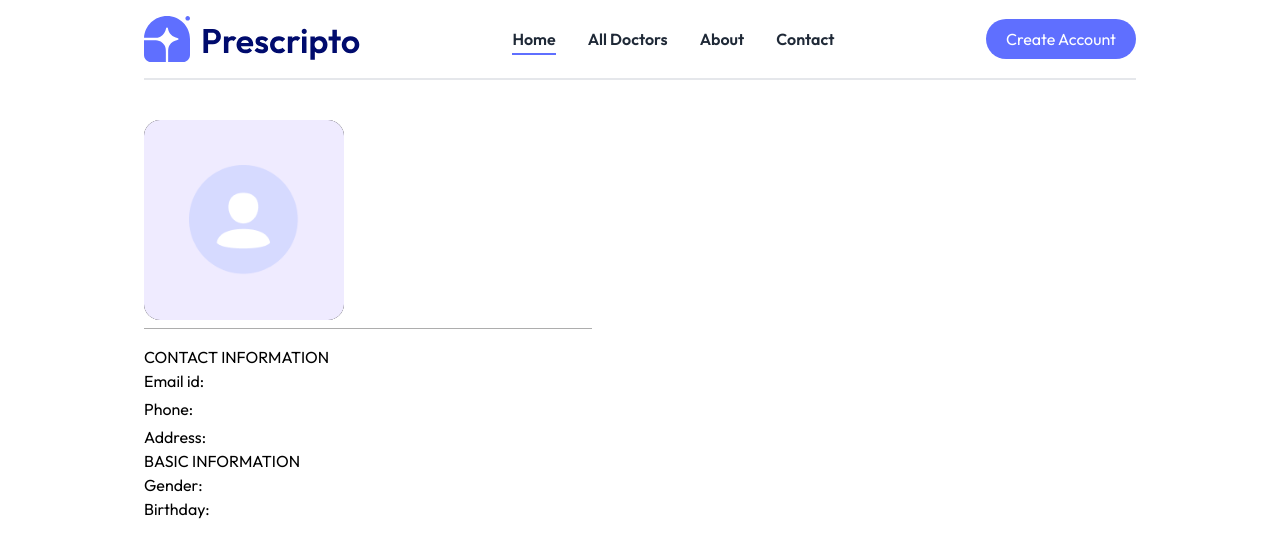
Repository: AzizHamdi99/Prescripto
Page: /profil (app in frontend/)
These files come from the project's save history. The page is drawn as it stood at one moment and after the next save; the edit follows.
The browser window is 1280 px wide. The pictures show the whole page.
The page's requests for data from a server got no answer. The project was rebuilt for these pictures with package versions that can differ from the ones it lists, and the page was loaded fresh each time. No one was signed in, and anything a server would have sent is missing. Also part of the build but not shown: frontend/vite.config.js, frontend/src/components/Hero.jsx, frontend/src/components/Speciality.jsx, frontend/src/components/DoctorCard.jsx, frontend/src/components/TopDoctors.jsx, frontend/src/components/Banner.jsx, frontend/src/components/Footer.jsx, frontend/src/pages/Home.jsx and 7 more.

Above is the page before, as saved 2025-01-15 18:36:08.

### frontend/index.html
<!DOCTYPE html>
<html lang="en">
  <head>
    <meta charset="UTF-8" />
    <link rel="icon" type="image/svg+xml" href="/vite.svg" />
    <meta name="viewport" content="width=device-width, initial-scale=1.0" />
    <title>Prescripto</title>
  </head>
  <body>
    <div id="root"></div>
    <script type="module" src="/src/main.jsx"></script>
  </body>
</html>

### frontend/src/main.jsx
import { StrictMode } from "react";
import { createRoot } from "react-dom/client";
import App from "./App.jsx";
import "./index.css";
import { BrowserRouter } from "react-router-dom";
import AppContextProvider from "./context/AppContext.jsx";

createRoot(document.getElementById("root")).render(

  <BrowserRouter>
  <AppContextProvider>
    <App />
    </AppContextProvider>
  </BrowserRouter>
);

### frontend/src/App.jsx
import React from "react";
import { Route, Routes } from "react-router-dom";
import Home from "./pages/Home";
import About from "./pages/About";
import Doctors from "./pages/Doctors";
import Login from "./pages/Login";
import Contact from "./pages/Contact";
import Profile from "./pages/Profile";
import Appointments from "./pages/Appointments";
import Appointment from "./pages/Appointment";
import Navbar from "./components/Navbar";
import './App.css'
import Footer from "./components/Footer";
import Test from "./pages/Test";
import Testtime from "./pages/Testtime";
function App() {
  return (
    <div className="mx-4">
      <Navbar />
      <Routes>
        <Route path="/" element={<Home />} />
        <Route path="/about" element={<About />} />
        <Route path="/doctors" element={<Doctors />} />
        <Route path="/doctors/:speciality" element={<Doctors />} />
        <Route path="/login" element={<Login />} />
        <Route path="/contact" element={<Contact />} />
        <Route path="/profil" element={<Profile />} />
        <Route path="/appointments" element={<Appointments />} />
        <Route path="/appointment/:id" element={<Appointment />} />
        <Route path="/appointment/:id" element={<Appointment />} />
        <Route path="/test" element={<Test/>}/>
        <Route path="/testt" element={<Testtime/>}/>
      </Routes>


    </div>
  );
}

export default App;

### frontend/src/context/AppContext.jsx
import { createContext, useContext,useState,useEffect } from "react";
//import { doctors } from "../assets/assets_frontend/assets";
import axios from'axios'
export const AppContext=createContext(null)
const AppContextProvider=(props)=>{
    const [select, setselect] = useState("home");
    const [Speciality,SetSpeciality]=useState("All doctors");

    const [show,setShow]=useState(8);
    const [doctors,setdoctors]=useState([])
    const [token,setToken]=useState(false);
    const [login,setlogin]=useState(false);

    useEffect(()=>{
        const fetchData=async()=>{
            try{
                const response= await axios.get('http://localhost:3000/api/doctors/getAllDoctors')
                console.log(response.data)
                setdoctors(response.data);

            }catch(error){
                console.error('eroorr fetching daata',error)
            }


        }
        const loadUser=async()=>{
            if(localStorage.getItem("token")){
                setToken(localStorage.getItem("token"))
            }
        }
        fetchData()
        loadUser()
     },[])
    const value={
        doctors,setdoctors,
        select,setselect,Speciality,SetSpeciality,show,setShow,token,setToken,login,setlogin

    }


    return(
        <AppContext.Provider value={value}>
            {props.children}

        </AppContext.Provider>
    )
}
export default AppContextProvider

### frontend/src/pages/Profile.jsx
import axios from "axios";
import React, { useEffect,useState } from "react";
import { assets } from "../assets/assets_frontend/assets";

function Profile() {
  const [user, setUser] = useState({});
  const [loading, setLoading] = useState(true);
  const [error, setError] = useState(null);

  useEffect(()=>{
    const fetchUserProfile=async()=>{
      const token=localStorage.getItem("token")
      if(!token){
        setError('No token found. Please log in..!')
        setLoading(false)
        return

      }
      try{
        const respnse=await axios.get('http://localhost:3000/api/user/profile',
        {
          headers:{
          Authorization:`Bearer ${token}`

        }})
        //console.log(respnse)
        setUser(respnse.data.data)
        setLoading(false)

      }
      catch(error){
        console.error('Error fetching user data',error)
        setError("Failed fetching user data")
        setLoading(false)

      }


    }
    fetchUserProfile()


  },[])
  console.log(user)


  return(
    <div className="mt-10 ml-32">
      <img src={assets.uploadare} className="bg-black rounded-2xl w-[200px] h-[200px]" alt="" />
      <h1 className="text-[32px] text-[#1F2937] font-[500]">{user.name}</h1>
    <div className="h-[1px] w-[40%] my-2 mb-4 bg-[#ADADAD]"></div>
      <p>CONTACT INFORMATION</p>
      <div className="flex gap-7">
        <div className="flex flex-col gap-1">
          <p>Email id:</p>
          <p>Phone:</p>
          <p>Address:</p>
        </div>
        <div className="flex flex-col gap-1">
          <p>{user.email}</p>
          <p>{user.phone}</p>
          <p>{user.address}</p>
        </div>
      </div>
      <p>BASIC INFORMATION</p>
      <div>

        <div>
          <p>Gender:</p>
          <p>Birthday:</p>
        </div>

        <div>
          <p>{user.gender}</p>
          <p>{user.birthday}</p>
        </div>
      </div>



    </div>
  )

}

export default Profile;

### frontend/src/components/Navbar.jsx
import React, { useContext, useState } from "react";
import "../index.css";
import { assets } from "../assets/assets_frontend/assets";
import { Link, NavLink, useNavigate } from "react-router-dom";
import { AppContext } from "../context/AppContext";
function Navbar() {
  //const [select, setselect] = useState("home");
  const{select,setselect,token,setToken}=useContext(AppContext)

  const navigate=useNavigate();
 const[login,setlogin]=useState(false)
  const image=()=>{
    navigate('/');
    setselect("home");

  }
  const logout=()=>{
    localStorage.removeItem("token");
    setToken("")
    navigate('/')
  }



  return (
    <div className="mx-32 flex my-4 items-center justify-between border-b-2 pb-4">
      <img onClick={image} src={assets.logo} alt="" className="cursor-pointer"  />
      <div className="grid gap-8 grid-flow-col text-l text-[#1F2937] font-semibold">
        <Link to="/"><span className={ select === "home" ? "border-b-2 border-[#5F6FFF] pb-1" : ""} onClick={()=>setselect("home")}>Home</span></Link>
       <Link to="/doctors"> <span  onClick={()=>setselect("doctors")} className={ select === "doctors" ? "border-b-2 border-[#5F6FFF] pb-2" : ""} >All Doctors</span></Link>
        <Link to="/about"><span  className={ select === "about" ? "border-b-2 border-[#5F6FFF] pb-1" : ""} onClick={()=>setselect("about")}>About</span></Link>
        <Link to="/contact"><span  className={ select === "contact" ? "border-b-2 border-[#5F6FFF] pb-1" : ""} onClick={()=>setselect("contact")}>Contact</span></Link>
      </div>
      {token? <div className="grid grid-flow-col gap-2 items-center group-relative ">
        <img src={assets.profile_pic} className="w-10 rounded-[50%] cursor-pointer" alt=""  onClick={()=>setlogin(!login)}/>
        <img src={assets.dropdown_icon} alt=""  />
          {login? <div className="absolute top-20 right-32 text-base font-medium p-4 text-gray-600 z-20 bg-[#F8F8F8] shadow-md">
          <div className="text-[18px] font-normal textt-[#4B5563] ">
            <p className="cursor-pointer" onClick={()=>navigate("/profil")}>My profil</p>
            <p className="cursor-pointer" onClick={()=>navigate("/appointments")}>My Appointments</p>
            <p onClick={()=>logout()} className="cursor-pointer">Logout</p>
          </div>

        </div> :<></> }


      </div>:
      <button onClick={()=>navigate('/login')}  className="px-5 py-2 bg-[#5F6FFF] rounded-3xl text-white">Create Account</button>}
    </div>
  );
}

export default Navbar;

### frontend/src/App.css
@import url('https://fonts.googleapis.com/css2?family=Outfit:wght@100..900&display=swap');
*{
    font-family: "Outfit", sans-serif;
}
.footer{
    display: flex;

    justify-content: space-between;



}
li{
    margin-top: 9px;
}

### frontend/src/pages/Testtime.jsx
import React, { useState, useEffect } from 'react';

const DaySelector = () => {

  return (
    hhhh
  );
};

export default DaySelector;

### frontend/src/assets/assets_frontend/assets.js
import appointment_img from './appointment_img.png'
import header_img from './header_img.png'
import group_profiles from './group_profiles.png'
import profile_pic from './profile_pic.png'
import contact_image from './contact_image.png'
import about_image from './about_image.png'
import logo from './logo.svg'
import dropdown_icon from './dropdown_icon.svg'
import dropup_icon from './arrow-drop-up.svg'
import menu_icon from './menu_icon.svg'
import cross_icon from './cross_icon.png'
import chats_icon from './chats_icon.svg'
import verified_icon from './verified_icon.svg'
import arrow_icon from './arrow_icon.svg'
import info_icon from './info_icon.svg'
import upload_icon from './upload_icon.png'
import stripe_logo from './stripe_logo.png'
import razorpay_logo from './razorpay_logo.png'
import doc1 from './doc1.png'
import doc2 from './doc2.png'
import doc3 from './doc3.png'
import doc4 from './doc4.png'
import doc5 from './doc5.png'
import doc6 from './doc6.png'
import doc7 from './doc7.png'
import doc8 from './doc8.png'
import doc9 from './doc9.png'
import doc10 from './doc10.png'
import doc11 from './doc11.png'
import doc12 from './doc12.png'
import doc13 from './doc13.png'
import doc14 from './doc14.png'
import doc15 from './doc15.png'
import Dermatologist from './Dermatologist.svg'
import Gastroenterologist from './Gastroenterologist.svg'
import General_physician from './General_physician.svg'
import Gynecologist from './Gynecologist.svg'
import Neurologist from './Neurologist.svg'
import Pediatricians from './Pediatricians.svg'
import uploadare from './upload_area.png'


export const assets = {
    appointment_img,
    header_img,
    group_profiles,
    logo,
    chats_icon,
    verified_icon,
    info_icon,
    profile_pic,
    arrow_icon,
    contact_image,
    about_image,
    menu_icon,
    cross_icon,
    dropdown_icon,
    upload_icon,
    stripe_logo,
    razorpay_logo,
    dropup_icon,
    uploadare
}

export const specialityData = [
    {
        speciality: 'General physician',
        image: General_physician
    },
    {
        speciality: 'Gynecologist',
        image: Gynecologist
    },
    {
        speciality: 'Dermatologist',
        image: Dermatologist
    },
    {
        speciality: 'Pediatricians',
        image: Pediatricians
    },
    {
        speciality: 'Neurologist',
        image: Neurologist
    },
    {
        speciality: 'Gastroenterologist',
        image: Gastroenterologist
    },
]

export const doctors = [
    {
        _id: 'doc1',
        name: 'Dr. Richard James',
        image: doc1,
        speciality: 'General physician',
        degree: 'MBBS',
        experience: '4 Years',
        about: 'Dr. Davis has a strong commitment to delivering comprehensive medical care, focusing on preventive medicine, early diagnosis, and effective treatment strategies. Dr. Davis has a strong commitment to delivering comprehensive medical care, focusing on preventive medicine, early diagnosis, and effective treatment strategies.',
        fees: 50,
        address: {
            line1: '17th Cross, Richmond',
            line2: 'Circle, Ring Road, London'
        }
    },
    {
        _id: 'doc2',
        name: 'Dr. Emily Larson',
        image: doc2,
        speciality: 'Gynecologist',
        degree: 'MBBS',
        experience: '3 Years',
        about: 'Dr. Davis has a strong commitment to delivering comprehensive medical care, focusing on preventive medicine, early diagnosis, and effective treatment strategies. Dr. Davis has a strong commitment to delivering comprehensive medical care, focusing on preventive medicine, early diagnosis, and effective treatment strategies.',
        fees: 60,
        address: {
            line1: '27th Cross, Richmond',
            line2: 'Circle, Ring Road, London'
        }
    },
    {
        _id: 'doc3',
        name: 'Dr. Sarah Patel',
        image: doc3,
        speciality: 'Dermatologist',
        degree: 'MBBS',
        experience: '1 Years',
        about: 'Dr. Davis has a strong commitment to delivering comprehensive medical care, focusing on preventive medicine, early diagnosis, and effective treatment strategies. Dr. Davis has a strong commitment to delivering comprehensive medical care, focusing on preventive medicine, early diagnosis, and effective treatment strategies.',
        fees: 30,
        address: {
            line1: '37th Cross, Richmond',
            line2: 'Circle, Ring Road, London'
        }
    },
    {
        _id: 'doc4',
        name: 'Dr. Christopher Lee',
        image: doc4,
        speciality: 'Pediatricians',
        degree: 'MBBS',
        experience: '2 Years',
        about: 'Dr. Davis has a strong commitment to delivering comprehensive medical care, focusing on preventive medicine, early diagnosis, and effective treatment strategies. Dr. Davis has a strong commitment to delivering comprehensive medical care, focusing on preventive medicine, early diagnosis, and effective treatment strategies.',
        fees: 40,
        address: {
            line1: '47th Cross, Richmond',
            line2: 'Circle, Ring Road, London'
        }
    },
    {
        _id: 'doc5',
        name: 'Dr. Jennifer Garcia',
        image: doc5,
        speciality: 'Neurologist',
        degree: 'MBBS',
        experience: '4 Years',
        about: 'Dr. Davis has a strong commitment to delivering comprehensive medical care, focusing on preventive medicine, early diagnosis, and effective treatment strategies. Dr. Davis has a strong commitment to delivering comprehensive medical care, focusing on preventive medicine, early diagnosis, and effective treatment strategies.',
        fees: 50,
        address: {
            line1: '57th Cross, Richmond',
            line2: 'Circle, Ring Road, London'
        }
    },
    {
        _id: 'doc6',
        name: 'Dr. Andrew Williams',
        image: doc6,
        speciality: 'Neurologist',
        degree: 'MBBS',
        experience: '4 Years',
        about: 'Dr. Davis has a strong commitment to delivering comprehensive medical care, focusing on preventive medicine, early diagnosis, and effective treatment strategies. Dr. Davis has a strong commitment to delivering comprehensive medical care, focusing on preventive medicine, early diagnosis, and effective treatment strategies.',
        fees: 50,
        address: {
            line1: '57th Cross, Richmond',
            line2: 'Circle, Ring Road, London'
        }
    },
    {
        _id: 'doc7',
        name: 'Dr. Christopher Davis',
        image: doc7,
        speciality: 'General physician',
        degree: 'MBBS',
        experience: '4 Years',
        about: 'Dr. Davis has a strong commitment to delivering comprehensive medical care, focusing on preventive medicine, early diagnosis, and effective treatment strategies. Dr. Davis has a strong commitment to delivering comprehensive medical care, focusing on preventive medicine, early diagnosis, and effective treatment strategies.',
        fees: 50,
        address: {
            line1: '17th Cross, Richmond',
            line2: 'Circle, Ring Road, London'
        }
    },
    {
        _id: 'doc8',
        name: 'Dr. Timothy White',
        image: doc8,
        speciality: 'Gynecologist',
        degree: 'MBBS',
        experience: '3 Years',
        about: 'Dr. Davis has a strong commitment to delivering comprehensive medical care, focusing on preventive medicine, early diagnosis, and effective treatment strategies. Dr. Davis has a strong commitment to delivering comprehensive medical care, focusing on preventive medicine, early diagnosis, and effective treatment strategies.',
        fees: 60,
        address: {
            line1: '27th Cross, Richmond',
            line2: 'Circle, Ring Road, London'
        }
    },
    {
        _id: 'doc9',
        name: 'Dr. Ava Mitchell',
        image: doc9,
        speciality: 'Dermatologist',
        degree: 'MBBS',
        experience: '1 Years',
        about: 'Dr. Davis has a strong commitment to delivering comprehensive medical care, focusing on preventive medicine, early diagnosis, and effective treatment strategies. Dr. Davis has a strong commitment to delivering comprehensive medical care, focusing on preventive medicine, early diagnosis, and effective treatment strategies.',
        fees: 30,
        address: {
            line1: '37th Cross, Richmond',
            line2: 'Circle, Ring Road, London'
        }
    },
    {
        _id: 'doc10',
        name: 'Dr. Jeffrey King',
        image: doc10,
        speciality: 'Pediatricians',
        degree: 'MBBS',
        experience: '2 Years',
        about: 'Dr. Davis has a strong commitment to delivering comprehensive medical care, focusing on preventive medicine, early diagnosis, and effective treatment strategies. Dr. Davis has a strong commitment to delivering comprehensive medical care, focusing on preventive medicine, early diagnosis, and effective treatment strategies.',
        fees: 40,
        address: {
            line1: '47th Cross, Richmond',
            line2: 'Circle, Ring Road, London'
        }
    },
    {
        _id: 'doc11',
        name: 'Dr. Zoe Kelly',
        image: doc11,
        speciality: 'Neurologist',
        degree: 'MBBS',
        experience: '4 Years',
        about: 'Dr. Davis has a strong commitment to delivering comprehensive medical care, focusing on preventive medicine, early diagnosis, and effective treatment strategies. Dr. Davis has a strong commitment to delivering comprehensive medical care, focusing on preventive medicine, early diagnosis, and effective treatment strategies.',
        fees: 50,
        address: {
            line1: '57th Cross, Richmond',
            line2: 'Circle, Ring Road, London'
        }
    },
    {
        _id: 'doc12',
        name: 'Dr. Patrick Harris',
        image: doc12,
        speciality: 'Neurologist',
        degree: 'MBBS',
        experience: '4 Years',
        about: 'Dr. Davis has a strong commitment to delivering comprehensive medical care, focusing on preventive medicine, early diagnosis, and effective treatment strategies. Dr. Davis has a strong commitment to delivering comprehensive medical care, focusing on preventive medicine, early diagnosis, and effective treatment strategies.',
        fees: 50,
        address: {
            line1: '57th Cross, Richmond',
            line2: 'Circle, Ring Road, London'
        }
    },
    {
        _id: 'doc13',
        name: 'Dr. Chloe Evans',
        image: doc13,
        speciality: 'General physician',
        degree: 'MBBS',
        experience: '4 Years',
        about: 'Dr. Davis has a strong commitment to delivering comprehensive medical care, focusing on preventive medicine, early diagnosis, and effective treatment strategies. Dr. Davis has a strong commitment to delivering comprehensive medical care, focusing on preventive medicine, early diagnosis, and effective treatment strategies.',
        fees: 50,
        address: {
            line1: '17th Cross, Richmond',
            line2: 'Circle, Ring Road, London'
        }
    },
    {
        _id: 'doc14',
        name: 'Dr. Ryan Martinez',
        image: doc14,
        speciality: 'Gynecologist',
        degree: 'MBBS',
        experience: '3 Years',
        about: 'Dr. Davis has a strong commitment to delivering comprehensive medical care, focusing on preventive medicine, early diagnosis, and effective treatment strategies. Dr. Davis has a strong commitment to delivering comprehensive medical care, focusing on preventive medicine, early diagnosis, and effective treatment strategies.',
        fees: 60,
        address: {
            line1: '27th Cross, Richmond',
            line2: 'Circle, Ring Road, London'
        }
    },
    {
        _id: 'doc15',
        name: 'Dr. Amelia Hill',
        image: doc15,
        speciality: 'Dermatologist',
        degree: 'MBBS',
        experience: '1 Years',
        about: 'Dr. Davis has a strong commitment to delivering comprehensive medical care, focusing on preventive medicine, early diagnosis, and effective treatment strategies. Dr. Davis has a strong commitment to delivering comprehensive medical care, focusing on preventive medicine, early diagnosis, and effective treatment strategies.',
        fees: 30,
        address: {
            line1: '37th Cross, Richmond',
            line2: 'Circle, Ring Road, London'
        }
    },
]

Loaded but not shown: frontend/src/index.css (common file); frontend/tailwind.config.js (common file)

After the next save:
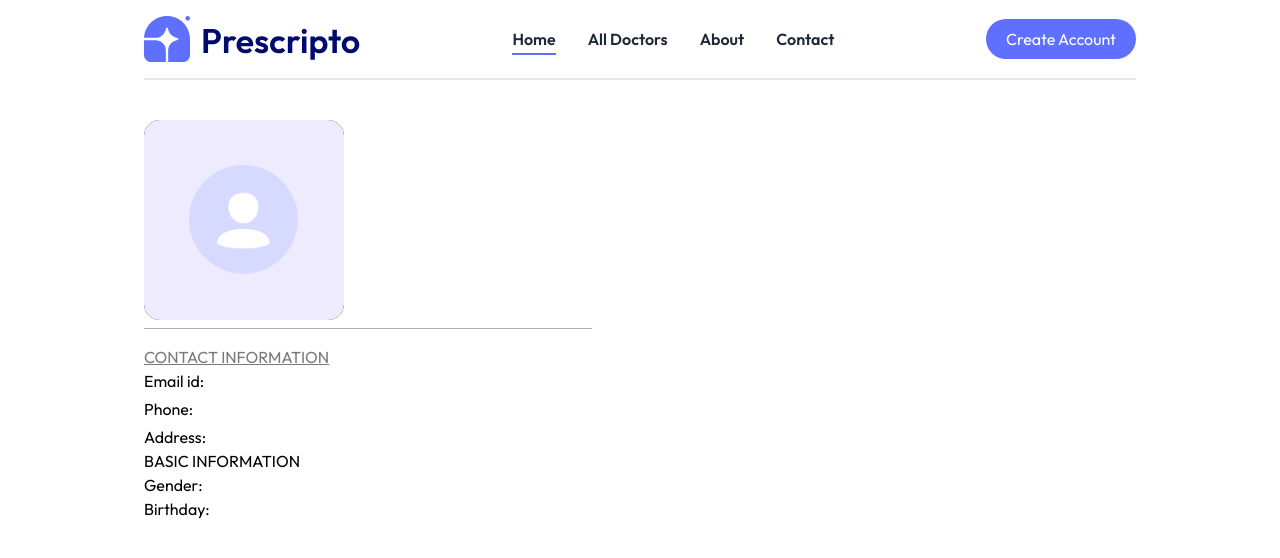
Saved 35 s later.
--- a/frontend/src/pages/Profile.jsx
+++ b/frontend/src/pages/Profile.jsx
@@ -49,7 +49,7 @@
       <img src={assets.uploadare} className="bg-black rounded-2xl w-[200px] h-[200px]" alt="" />
       <h1 className="text-[32px] text-[#1F2937] font-[500]">{user.name}</h1>
     <div className="h-[1px] w-[40%] my-2 mb-4 bg-[#ADADAD]"></div>
-      <p>CONTACT INFORMATION</p>
+      <p className="text-[16px] text-[#797979] underline">CONTACT INFORMATION</p>
       <div className="flex gap-7">
         <div className="flex flex-col gap-1">
           <p>Email id:</p>
